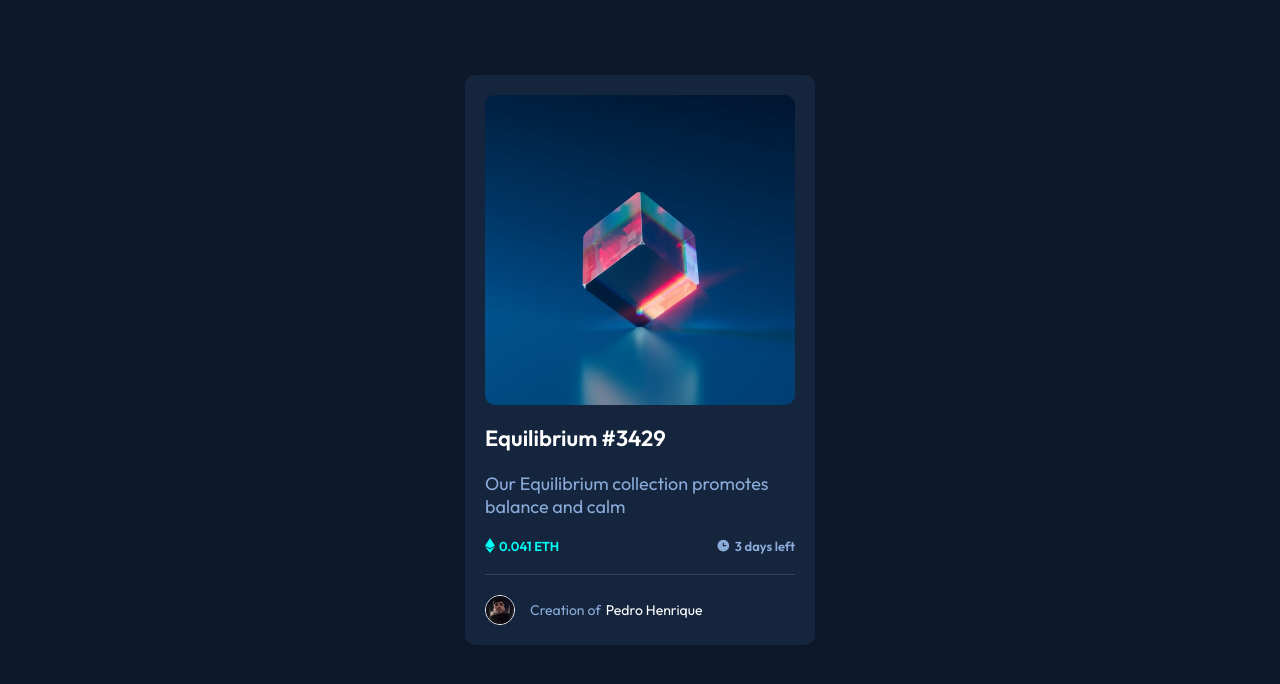
Repository: PedroHEAA/nft
Page: index.html
An editor plug-in stored every save of this project. The page is shown before and after a run of saves, followed by the edit.
The browser window is 1280 px wide. The pictures show the whole page.

Above is the page before, as saved 2022-11-04 19:53:03.

After the next 3 saves:
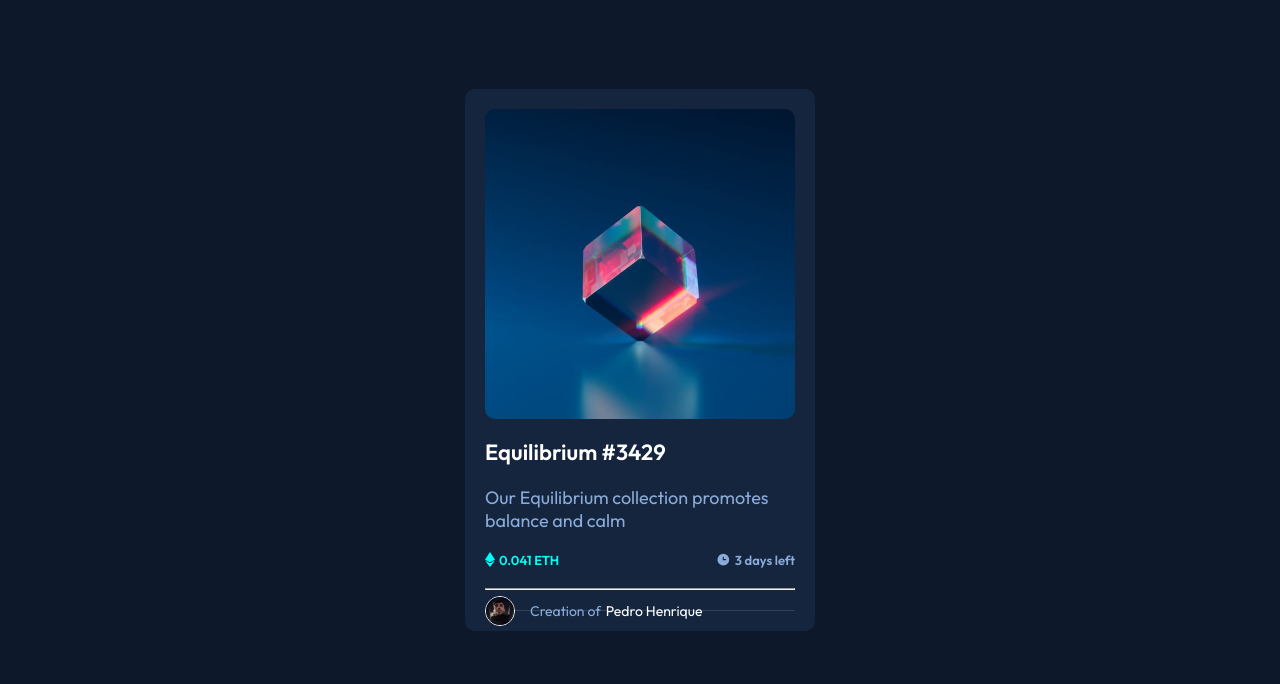
The 3 saves are shown as one change because they came seconds apart.
The last was saved 112 s later.
--- a/src/css/style.css
+++ b/src/css/style.css
@@ -75,10 +75,7 @@
 }
 
 hr{
-    background-color: var(--line-color);
-    width: 100%;
-    height: 1px;
-    border-width: 0;
+
 }
 
 .card .creator{
@@ -86,6 +83,10 @@
     align-items: center;
     gap: 15px;
     margin-top: 20px;
+    background-color: var(--line-color);
+    width: 100%;
+    height: 1px;
+    border-width: 0;
 }
 
 .card .creator img{

After the save that followed:
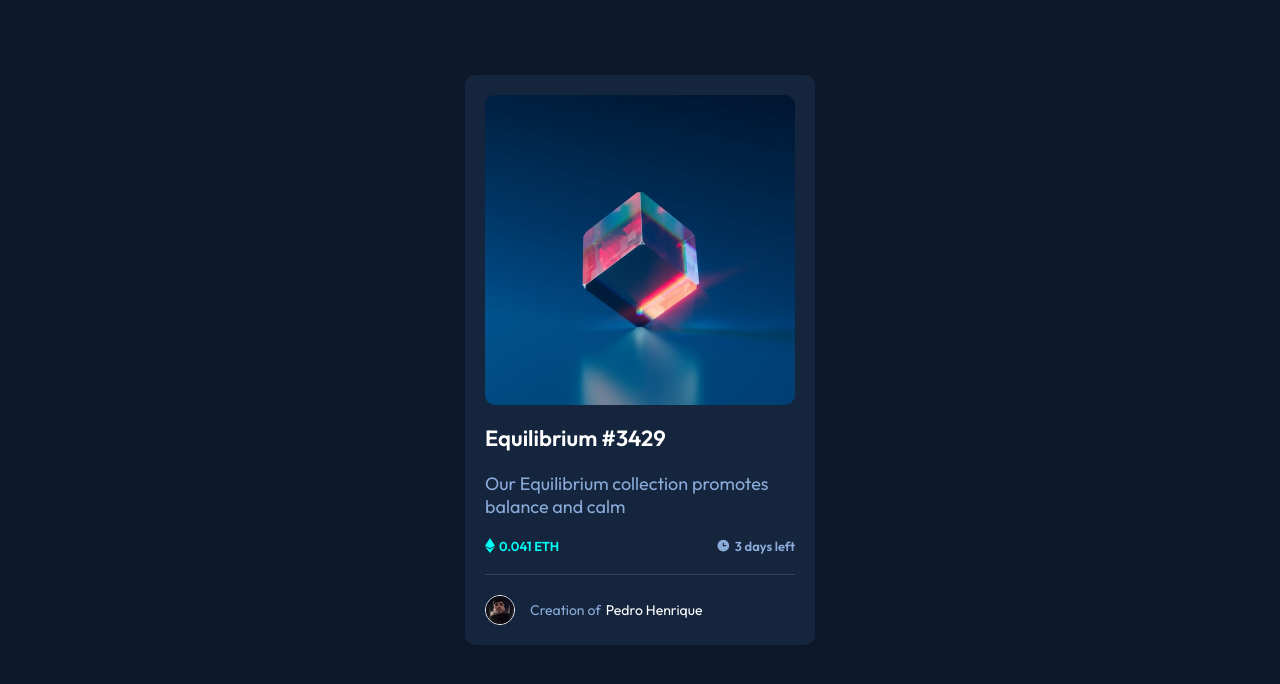
Saved 13 s later.
--- a/src/css/style.css
+++ b/src/css/style.css
@@ -75,7 +75,10 @@
 }
 
 hr{
-
+    background-color: var(--line-color);
+    width: 100%;
+    height: 1px;
+    border-width: 0;
 }
 
 .card .creator{
@@ -83,10 +86,6 @@
     align-items: center;
     gap: 15px;
     margin-top: 20px;
-    background-color: var(--line-color);
-    width: 100%;
-    height: 1px;
-    border-width: 0;
 }
 
 .card .creator img{
